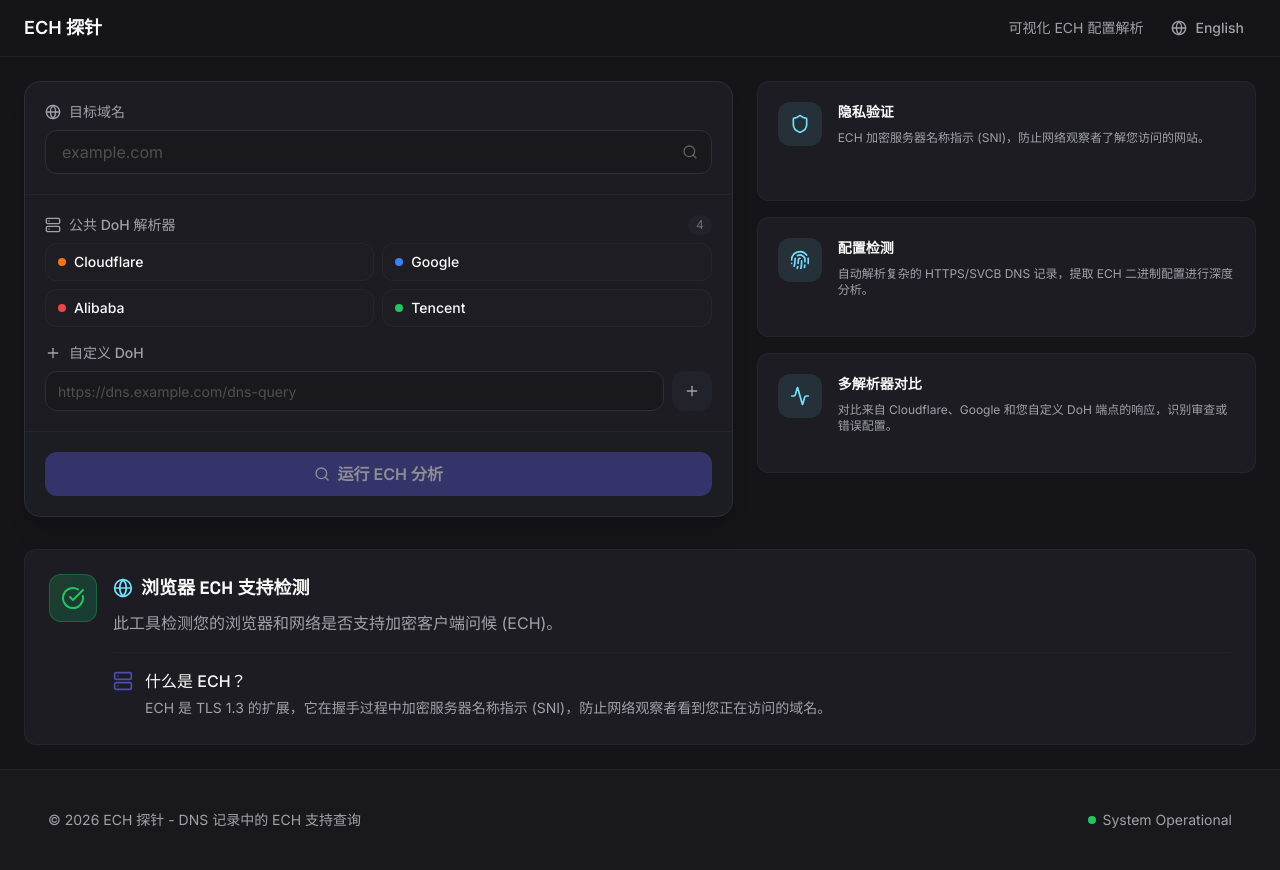
Repository: coolapijust/Ech-probe
Page: /
The author's editor kept a copy of each file at every save. The page is drawn from the files as they stood at one save, then again after a run of saves.
The browser window is 1280 px wide. The pictures show the whole page.
The project was rebuilt for these pictures with package versions that can differ from the ones it lists, and the page was loaded fresh each time. The framework's server and built-in components were replaced by stand-ins that run in the browser. Also part of the build but not shown: next.config.mjs, src/components/ui/card.tsx, src/components/ui/table.tsx, src/components/ui/badge.tsx, src/components/ui/label.tsx, src/components/ECHProbe/ResultsDisplay.tsx.

Above is the page before, as saved 2026-03-13 20:58:12.

### src/app/layout.tsx

import type {Metadata} from 'next';
import './globals.css';
import { Toaster } from "@/components/ui/toaster";
import { LanguageProvider } from '@/context/LanguageContext';

export const metadata: Metadata = {
  title: 'ECH Probe | Secure DNS Analysis',
  description: 'Advanced ECHConfig detection and DNS analysis tool.',
};

export default function RootLayout({
  children,
}: Readonly<{
  children: React.ReactNode;
}>) {
  return (
    <html lang="en" className="dark">
      <head>
        <link rel="preconnect" href="https://fonts.googleapis.com" />
        <link rel="preconnect" href="https://fonts.gstatic.com" crossOrigin="anonymous" />
        <link href="https://fonts.googleapis.com/css2?family=Inter:wght@400;500;600&family=Space+Grotesk:wght@500;700&display=swap" rel="stylesheet" />
      </head>
      <body className="font-body antialiased bg-background text-foreground min-h-screen">
        <LanguageProvider>
          {children}
          <Toaster />
        </LanguageProvider>
      </body>
    </html>
  );
}

### src/app/page.tsx
'use client';

import { useState } from 'react';
import { DomainForm } from '@/components/ECHProbe/DomainForm';
import { ResultsDisplay } from '@/components/ECHProbe/ResultsDisplay';
import { performECHAnalysis, ResolverResult } from '@/app/actions/dns';
import { Shield, Fingerprint, Activity, Globe, Server, CheckCircle, Github } from 'lucide-react';
import { useLanguage } from '@/context/LanguageContext';
import { LanguageSwitcher } from '@/components/LanguageSwitcher';

export default function Home() {
  const [results, setResults] = useState<ResolverResult[]>([]);
  const [domain, setDomain] = useState('');
  const [isAnalyzing, setIsAnalyzing] = useState(false);
  const { t } = useLanguage();

  const handleAnalyze = async (domain: string, resolvers: string[], custom: string[]) => {
    setIsAnalyzing(true);
    setDomain(domain);
    try {
      const data = await performECHAnalysis(domain, resolvers, custom);
      setResults(data);
    } catch (err) {
      console.error(err);
    } finally {
      setIsAnalyzing(false);
    }
  };

  return (
    <div className="min-h-screen flex flex-col">
      {/* Header Bar - No Logo */}
      <header className="border-b border-border/50 bg-background/80 backdrop-blur-sm">
        <div className="flex items-center justify-between px-6 h-14">
          <span className="font-bold text-lg">{t.title}</span>
          <div className="flex items-center gap-4">
            <span className="text-sm text-muted-foreground hidden sm:inline">{t.badge}</span>
            <LanguageSwitcher />
          </div>
        </div>
      </header>

      {/* Main Content - Full Width */}
      <main className="flex-1 p-4 lg:p-6">
        {/* Content Grid - Form takes majority */}
        <div className="grid lg:grid-cols-12 gap-4 lg:gap-6">
          {/* Left Column - Form (7 columns) */}
          <div className="lg:col-span-7">
            <DomainForm onAnalyze={handleAnalyze} isLoading={isAnalyzing} />
          </div>

          {/* Right Column - Features vertical stack (5 columns) */}
          <div className="lg:col-span-5">
            {!isAnalyzing && results.length === 0 && (
              <div className="space-y-4">
                <FeatureCard
                  icon={<Shield className="w-5 h-5" />}
                  title={t.privacyVerified}
                  description={t.privacyDesc}
                />
                <FeatureCard
                  icon={<Fingerprint className="w-5 h-5" />}
                  title={t.configDetection}
                  description={t.configDesc}
                />
                <FeatureCard
                  icon={<Activity className="w-5 h-5" />}
                  title={t.multiResolver}
                  description={t.multiDesc}
                />
              </div>
            )}
          </div>
        </div>

        {/* Results Section - Full Width */}
        {results.length > 0 && (
          <div className="mt-6">
            <ResultsDisplay results={results} domain={domain} />
          </div>
        )}

        {/* Bottom Section - ECH Explanation */}
        {!isAnalyzing && (
          <div className="mt-8">
            <div className="bg-card border border-border/50 rounded-xl p-6">
              <div className="flex items-start gap-4">
                <div className="w-12 h-12 rounded-xl bg-gradient-to-br from-green-500/20 to-emerald-500/20 border border-green-500/30 flex items-center justify-center shrink-0">
                  <CheckCircle className="w-6 h-6 text-green-500" />
                </div>
                <div className="flex-1">
                  <h3 className="text-lg font-semibold mb-2 flex items-center gap-2">
                    <Globe className="w-5 h-5 text-accent" />
                    {t.echCheckTitle}
                  </h3>
                  <p className="text-muted-foreground leading-relaxed mb-4">
                    {t.echCheckDesc}
                  </p>
                  <div className="flex items-start gap-3 pt-4 border-t border-border/30">
                    <Server className="w-5 h-5 text-primary mt-0.5 shrink-0" />
                    <div>
                      <span className="font-medium">{t.echWhatIs}</span>
                      <p className="text-sm text-muted-foreground mt-1 leading-relaxed">
                        {t.echExplain}
                      </p>
                    </div>
                  </div>
                </div>
              </div>
            </div>
          </div>
        )}
      </main>

      {/* Footer */}
      <footer className="border-t border-border/50 bg-muted/30 p-4 lg:p-6">
        <div className="px-4 lg:px-6 py-3 lg:py-4">
          <div className="flex flex-col sm:flex-row justify-between items-center gap-2 text-sm text-muted-foreground">
            <p>{t.footer.replace('{year}', new Date().getFullYear().toString())}</p>
            <span className="flex items-center gap-1.5">
              <span className="w-2 h-2 rounded-full bg-green-500" />
              System Operational
            </span>
          </div>
        </div>
      </footer>
    </div>
  );
}

function FeatureCard({ icon, title, description }: { icon: React.ReactNode; title: string; description: string }) {
  return (
    <div className="flex items-start gap-3 lg:gap-4 p-4 lg:p-5 rounded-xl bg-card border border-border/50 hover:border-accent/30 transition-colors min-h-[100px] lg:min-h-[120px]">
      <div className="w-10 h-10 lg:w-11 lg:h-11 rounded-lg bg-accent/10 flex items-center justify-center text-accent shrink-0">
        {icon}
      </div>
      <div className="flex-1">
        <h3 className="font-semibold text-sm mb-1 lg:mb-2">{title}</h3>
        <p className="text-[11px] lg:text-xs text-muted-foreground leading-relaxed">{description}</p>
      </div>
    </div>
  );
}

### src/app/globals.css

@tailwind base;
@tailwind components;
@tailwind utilities;

@layer base {
  :root {
    --background: 240 10% 9%; /* #15151A */
    --foreground: 0 0% 98%;
    --card: 240 10% 12%;
    --card-foreground: 0 0% 98%;
    --popover: 240 10% 9%;
    --popover-foreground: 0 0% 98%;
    --primary: 240 40% 50%; /* #4D4DB3 approx */
    --primary-foreground: 0 0% 100%;
    --secondary: 240 10% 15%;
    --secondary-foreground: 0 0% 98%;
    --muted: 240 10% 15%;
    --muted-foreground: 240 5% 65%;
    --accent: 193 100% 73%; /* #75E1FF */
    --accent-foreground: 240 10% 9%;
    --destructive: 0 62.8% 30.6%;
    --destructive-foreground: 0 0% 98%;
    --border: 240 10% 20%;
    --input: 240 10% 20%;
    --ring: 193 100% 73%;
    --radius: 0.75rem;
  }
}

@layer base {
  * {
    @apply border-border;
  }
  body {
    @apply bg-background text-foreground font-body;
  }
  h1, h2, h3, h4, h5, h6 {
    @apply font-headline;
  }
}

### src/components/ui/toaster.tsx
"use client"

import { useToast } from "@/hooks/use-toast"
import {
  Toast,
  ToastClose,
  ToastDescription,
  ToastProvider,
  ToastTitle,
  ToastViewport,
} from "@/components/ui/toast"

export function Toaster() {
  const { toasts } = useToast()

  return (
    <ToastProvider>
      {toasts.map(function ({ id, title, description, action, ...props }) {
        return (
          <Toast key={id} {...props}>
            <div className="grid gap-1">
              {title && <ToastTitle>{title}</ToastTitle>}
              {description && (
                <ToastDescription>{description}</ToastDescription>
              )}
            </div>
            {action}
            <ToastClose />
          </Toast>
        )
      })}
      <ToastViewport />
    </ToastProvider>
  )
}

### src/context/LanguageContext.tsx

'use client';

import React, { createContext, useContext, useState, ReactNode } from 'react';
import { translations, Language } from '@/lib/i18n';

interface LanguageContextType {
  language: Language;
  setLanguage: (lang: Language) => void;
  t: any;
}

const LanguageContext = createContext<LanguageContextType | undefined>(undefined);

export function LanguageProvider({ children }: { children: ReactNode }) {
  const [language, setLanguage] = useState<Language>('cn'); // 默认中文

  const t = translations[language];

  return (
    <LanguageContext.Provider value={{ language, setLanguage, t }}>
      {children}
    </LanguageContext.Provider>
  );
}

export function useLanguage() {
  const context = useContext(LanguageContext);
  if (context === undefined) {
    throw new Error('useLanguage must be used within a LanguageProvider');
  }
  return context;
}

### src/app/actions/dns.ts
'use server';

import { parseECHFromHttpsRecord } from '@/lib/dns-parser';
import { queryDoH } from '@/lib/doh-query';

import { ECHConfigDetail } from '@/lib/dns-parser';

export type ResolverResult = {
  resolverName: string;
  echConfigDetected: boolean;
  echConfigDetails: ECHConfigDetail | null;
  errorMessage: string | null;
  rawResponse?: string;
};

const PRESET_RESOLVERS = [
  { name: 'Cloudflare', url: 'https://cloudflare-dns.com/dns-query' },
  { name: 'Google', url: 'https://dns.google/resolve' },
  { name: 'Alibaba', url: 'https://dns.alidns.com/resolve' },
  { name: 'Tencent', url: 'https://doh.pub/dns-query' },
];

export async function performECHAnalysis(
  domain: string,
  selectedResolvers: string[],
  customResolvers: string[] = []
): Promise<ResolverResult[]> {
  const resolversToQuery = PRESET_RESOLVERS.filter(r => selectedResolvers.includes(r.name));

  const dohPromises = resolversToQuery.map(async (res) => {
    try {
      const records = await queryDoH(domain, res.url);
      const echDetails = records.map(parseECHFromHttpsRecord).find(d => d !== null) || null;
      return {
        resolverName: res.name,
        echConfigDetected: !!echDetails,
        echConfigDetails: echDetails,
        errorMessage: null,
        rawResponse: records.join('\n')
      };
    } catch (err: any) {
      let errorMsg = err.message || 'Unknown error';
      if (err.name === 'AbortError') {
        errorMsg = 'Request timeout';
      }
      return {
        resolverName: res.name,
        echConfigDetected: false,
        echConfigDetails: null,
        errorMessage: errorMsg
      };
    }
  });

  const customPromises = customResolvers.map(async (url) => {
    try {
      const records = await queryDoH(domain, url);
      const echDetails = records.map(parseECHFromHttpsRecord).find(d => d !== null) || null;
      return {
        resolverName: `Custom (${new URL(url).hostname})`,
        echConfigDetected: !!echDetails,
        echConfigDetails: echDetails,
        errorMessage: null,
        rawResponse: records.join('\n')
      };
    } catch (err: any) {
      let errorMsg = err.message || 'Unknown error';
      if (err.name === 'AbortError') {
        errorMsg = 'Request timeout';
      }
      return {
        resolverName: 'Custom Resolver',
        echConfigDetected: false,
        echConfigDetails: null,
        errorMessage: errorMsg
      };
    }
  });

  const allResults = await Promise.all([...dohPromises, ...customPromises]);
  return allResults;
}

### src/components/LanguageSwitcher.tsx

'use client';

import { useLanguage } from '@/context/LanguageContext';
import { Button } from '@/components/ui/button';
import { Globe } from 'lucide-react';

export function LanguageSwitcher() {
  const { language, setLanguage } = useLanguage();

  return (
    <Button
      variant="ghost"
      size="sm"
      onClick={() => setLanguage(language === 'en' ? 'cn' : 'en')}
      className="flex items-center gap-2 text-muted-foreground hover:text-accent"
    >
      <Globe className="w-4 h-4" />
      {language === 'en' ? '中文' : 'English'}
    </Button>
  );
}

### src/lib/i18n.ts

export const translations = {
  en: {
    title: "ECH Probe",
    subtitle: "Does this site support ECH?",
    badge: "Visual ECH Config Parser",
    description: "Advanced DNS-over-HTTPS analysis to detect and verify Encrypted Client Hello (ECH) configurations across global resolvers.",
    targetDomain: "Target Domain",
    domainPlaceholder: "example.com",
    publicResolvers: "Public DoH Resolvers",
    customResolvers: "Custom DoH",
    localResolver: "Local System Resolver (Always)",
    runAnalysis: "Run ECH Analysis",
    executing: "Executing Probe...",
    analysisFor: "Analysis for",
    detectedCount: "out of {total} resolvers detected ECHConfig.",
    consistent: "Consistent Results",
    discrepancies: "Discrepancies Found",
    sourceComparison: "Source Comparison",
    resolver: "Resolver",
    status: "ECH Status",
    details: "Details",
    action: "Action",
    raw: "Raw",
    rawData: "Raw Data",
    error: "Error",
    detected: "Detected",
    notFound: "Not Found",
    echParameters: "ECH Parameters",
    primaryDetails: "Details from the primary detected config",
    noData: "No ECH data available to display.",
    generateReport: "Generate Intelligence Report",
    aiDescription: "Our AI engine will analyze these DNS records to explain the privacy and security implications of ECH for {domain}.",
    generateBtn: "Generate AI Insight",
    generating: "Analyzing Security Vectors...",
    aiInsightTitle: "AI Security Insight",
    regenerate: "Regenerate Analysis",
    footer: "© {year} ECH Probe - ECH Support Query in DNS Records",
    privacyVerified: "Privacy Verified",
    privacyDesc: "ECH encrypts the Server Name Indication (SNI), preventing network observers from knowing which websites you visit.",
    configDetection: "Config Detection",
    configDesc: "Automatically parse complex HTTPS/SVCB DNS records to extract ECH binary configurations for deep analysis.",
    multiResolver: "Multi-Resolver",
    multiDesc: "Compare responses from Cloudflare, Google, and your own custom DoH endpoints to identify censorship or misconfigs.",
    echCheckTitle: "Browser ECH Support Check",
    echCheckDesc: "This tool checks whether your browser and network support Encrypted Client Hello (ECH).",
    echWhatIs: "What is ECH?",
    echExplain: "ECH is an extension of TLS 1.3 that encrypts the Server Name Indication (SNI) during the handshake, preventing network observers from seeing the domain you are visiting."
  },
  cn: {
    title: "ECH 探针",
    subtitle: "这个网站支持 ECH 了吗",
    badge: "可视化 ECH 配置解析",
    description: "高级 DNS-over-HTTPS 分析工具，用于检测和验证全球解析器中的加密客户端问候 (ECH) 配置。",
    targetDomain: "目标域名",
    domainPlaceholder: "example.com",
    publicResolvers: "公共 DoH 解析器",
    customResolvers: "自定义 DoH",
    localResolver: "本地系统解析器 (始终开启)",
    runAnalysis: "运行 ECH 分析",
    executing: "正在探测...",
    analysisFor: "分析对象：",
    detectedCount: "{total} 个解析器中有 {count} 个检测到 ECHConfig。",
    consistent: "结果一致",
    discrepancies: "发现差异",
    sourceComparison: "源对比",
    resolver: "解析器",
    status: "ECH 状态",
    details: "详情",
    action: "操作",
    raw: "原始数据",
    rawData: "原始数据详情",
    error: "错误",
    detected: "已检测到",
    notFound: "未找到",
    echParameters: "ECH 参数",
    primaryDetails: "主检测配置详情",
    noData: "暂无可显示的 ECH 数据。",
    generateReport: "生成智能报告",
    aiDescription: "我们的 AI 引擎将分析这些 DNS 记录，解释 ECH 对 {domain} 的隐私和安全影响。",
    generateBtn: "生成 AI 洞察",
    generating: "正在分析安全向量...",
    aiInsightTitle: "AI 安全洞察",
    regenerate: "重新生成分析",
    footer: "© {year} ECH 探针 - DNS 记录中的 ECH 支持查询",
    privacyVerified: "隐私验证",
    privacyDesc: "ECH 加密服务器名称指示 (SNI)，防止网络观察者了解您访问的网站。",
    configDetection: "配置检测",
    configDesc: "自动解析复杂的 HTTPS/SVCB DNS 记录，提取 ECH 二进制配置进行深度分析。",
    multiResolver: "多解析器对比",
    multiDesc: "对比来自 Cloudflare、Google 和您自定义 DoH 端点的响应，识别审查或错误配置。",
    echCheckTitle: "浏览器 ECH 支持检测",
    echCheckDesc: "此工具检测您的浏览器和网络是否支持加密客户端问候 (ECH)。",
    echWhatIs: "什么是 ECH？",
    echExplain: "ECH 是 TLS 1.3 的扩展，它在握手过程中加密服务器名称指示 (SNI)，防止网络观察者看到您正在访问的域名。"
  }
};

export type Language = 'en' | 'cn';

### src/components/ui/button.tsx
import * as React from "react"
import { Slot } from "@radix-ui/react-slot"
import { cva, type VariantProps } from "class-variance-authority"

import { cn } from "@/lib/utils"

const buttonVariants = cva(
  "inline-flex items-center justify-center gap-2 whitespace-nowrap rounded-md text-sm font-medium ring-offset-background transition-colors focus-visible:outline-none focus-visible:ring-2 focus-visible:ring-ring focus-visible:ring-offset-2 disabled:pointer-events-none disabled:opacity-50 [&_svg]:pointer-events-none [&_svg]:size-4 [&_svg]:shrink-0",
  {
    variants: {
      variant: {
        default: "bg-primary text-primary-foreground hover:bg-primary/90",
        destructive:
          "bg-destructive text-destructive-foreground hover:bg-destructive/90",
        outline:
          "border border-input bg-background hover:bg-accent hover:text-accent-foreground",
        secondary:
          "bg-secondary text-secondary-foreground hover:bg-secondary/80",
        ghost: "hover:bg-accent hover:text-accent-foreground",
        link: "text-primary underline-offset-4 hover:underline",
      },
      size: {
        default: "h-10 px-4 py-2",
        sm: "h-9 rounded-md px-3",
        lg: "h-11 rounded-md px-8",
        icon: "h-10 w-10",
      },
    },
    defaultVariants: {
      variant: "default",
      size: "default",
    },
  }
)

export interface ButtonProps
  extends React.ButtonHTMLAttributes<HTMLButtonElement>,
    VariantProps<typeof buttonVariants> {
  asChild?: boolean
}

const Button = React.forwardRef<HTMLButtonElement, ButtonProps>(
  ({ className, variant, size, asChild = false, ...props }, ref) => {
    const Comp = asChild ? Slot : "button"
    return (
      <Comp
        className={cn(buttonVariants({ variant, size, className }))}
        ref={ref}
        {...props}
      />
    )
  }
)
Button.displayName = "Button"

export { Button, buttonVariants }

### tailwind.config.ts

import type {Config} from 'tailwindcss';

export default {
  darkMode: ['class'],
  content: [
    './src/pages/**/*.{js,ts,jsx,tsx,mdx}',
    './src/components/**/*.{js,ts,jsx,tsx,mdx}',
    './src/app/**/*.{js,ts,jsx,tsx,mdx}',
  ],
  theme: {
    extend: {
      fontFamily: {
        body: ['Inter', 'sans-serif'],
        headline: ['Space Grotesk', 'sans-serif'],
        code: ['monospace'],
      },
      colors: {
        background: 'hsl(var(--background))',
        foreground: 'hsl(var(--foreground))',
        card: {
          DEFAULT: 'hsl(var(--card))',
          foreground: 'hsl(var(--card-foreground))',
        },
        popover: {
          DEFAULT: 'hsl(var(--popover))',
          foreground: 'hsl(var(--popover-foreground))',
        },
        primary: {
          DEFAULT: 'hsl(var(--primary))',
          foreground: 'hsl(var(--primary-foreground))',
        },
        secondary: {
          DEFAULT: 'hsl(var(--secondary))',
          foreground: 'hsl(var(--secondary-foreground))',
        },
        muted: {
          DEFAULT: 'hsl(var(--muted))',
          foreground: 'hsl(var(--muted-foreground))',
        },
        accent: {
          DEFAULT: 'hsl(var(--accent))',
          foreground: 'hsl(var(--accent-foreground))',
        },
        destructive: {
          DEFAULT: 'hsl(var(--destructive))',
          foreground: 'hsl(var(--destructive-foreground))',
        },
        border: 'hsl(var(--border))',
        input: 'hsl(var(--input))',
        ring: 'hsl(var(--ring))',
        chart: {
          '1': 'hsl(var(--chart-1))',
          '2': 'hsl(var(--chart-2))',
          '3': 'hsl(var(--chart-3))',
          '4': 'hsl(var(--chart-4))',
          '5': 'hsl(var(--chart-5))',
        },
        sidebar: {
          DEFAULT: 'hsl(var(--sidebar-background))',
          foreground: 'hsl(var(--sidebar-foreground))',
          primary: 'hsl(var(--sidebar-primary))',
          'primary-foreground': 'hsl(var(--sidebar-primary-foreground))',
          accent: 'hsl(var(--sidebar-accent))',
          'accent-foreground': 'hsl(var(--sidebar-accent-foreground))',
          border: 'hsl(var(--sidebar-border))',
          ring: 'hsl(var(--sidebar-ring))',
        },
      },
      borderRadius: {
        lg: 'var(--radius)',
        md: 'calc(var(--radius) - 2px)',
        sm: 'calc(var(--radius) - 4px)',
      },
      keyframes: {
        'accordion-down': {
          from: {
            height: '0',
          },
          to: {
            height: 'var(--radix-accordion-content-height)',
          },
        },
        'accordion-up': {
          from: {
            height: 'var(--radix-accordion-content-height)',
          },
          to: {
            height: '0',
          },
        },
      },
      animation: {
        'accordion-down': 'accordion-down 0.2s ease-out',
        'accordion-up': 'accordion-up 0.2s ease-out',
      },
    },
  },
  plugins: [require('tailwindcss-animate')],
} satisfies Config;

Loaded but not shown: src/hooks/use-toast.ts (common file); src/lib/utils.ts (common file); src/lib/dns-parser.ts (369 lines, source omitted); src/components/ECHProbe/DomainForm.tsx (167 lines, source omitted); src/lib/doh-query.ts (202 lines, source omitted); src/components/ui/toast.tsx (129 lines, source omitted)

After the next 2 saves:
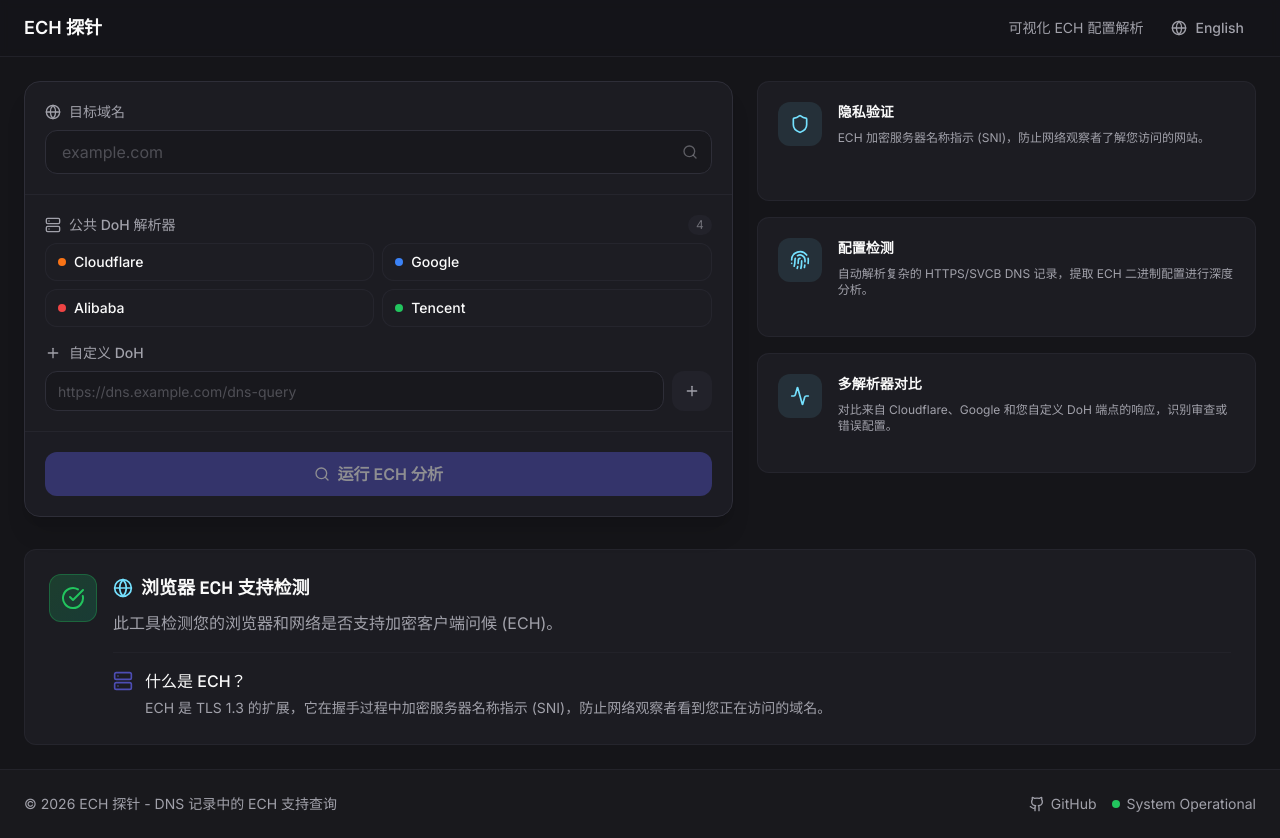
The 2 saves are shown as one change because 1 did not build or start.
The last was saved 25 min 42 s later.
--- a/src/app/page.tsx
+++ b/src/app/page.tsx
@@ -114,13 +114,24 @@ export default function Home() {
 
       {/* Footer */}
       <footer className="border-t border-border/50 bg-muted/30 p-4 lg:p-6">
-        <div className="px-4 lg:px-6 py-3 lg:py-4">
+        <div className="container mx-auto">
           <div className="flex flex-col sm:flex-row justify-between items-center gap-2 text-sm text-muted-foreground">
             <p>{t.footer.replace('{year}', new Date().getFullYear().toString())}</p>
-            <span className="flex items-center gap-1.5">
-              <span className="w-2 h-2 rounded-full bg-green-500" />
-              System Operational
-            </span>
+            <div className="flex items-center gap-4">
+              <a
+                href="https://github.com/coolapijust/Ech-probe"
+                target="_blank"
+                rel="noopener noreferrer"
+                className="flex items-center gap-1.5 hover:text-accent transition-colors"
+              >
+                <Github className="w-4 h-4" />
+                GitHub
+              </a>
+              <span className="flex items-center gap-1.5">
+                <span className="w-2 h-2 rounded-full bg-green-500" />
+                System Operational
+              </span>
+            </div>
           </div>
         </div>
       </footer>
